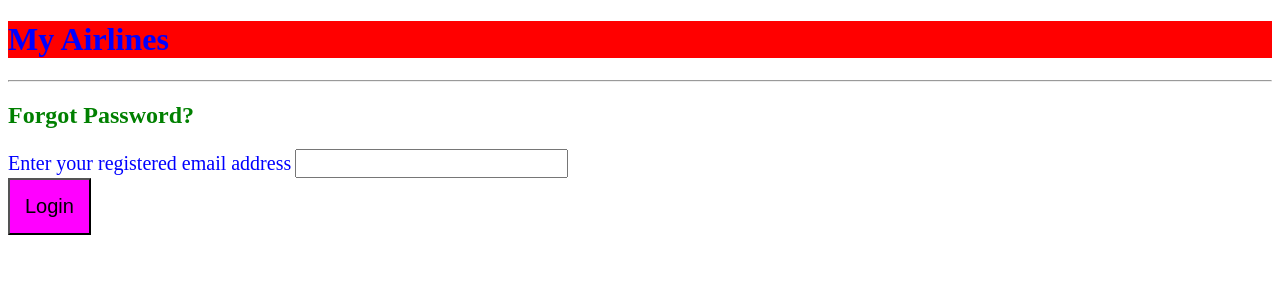
Repository: vishhaldawane/DS_WEB23
Page: MyWebProject/public/ForgotPassword.html
The author's editor kept a copy of each file at every save. The page is drawn from the files as they stood at one save, then again after the next save.
The browser window is 1280 px wide. The pictures show the whole page.

Above is the page before, as saved 2023-07-31 09:05:31.

After the next save:
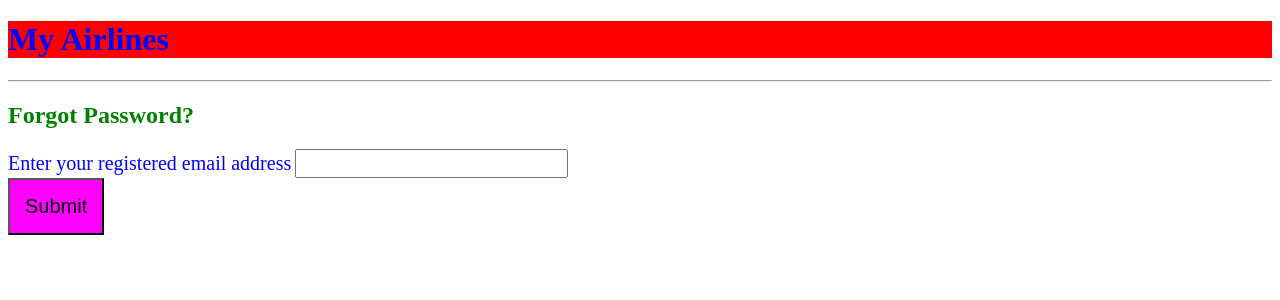
Saved 58 s later.
--- a/MyWebProject/public/ForgotPassword.html
+++ b/MyWebProject/public/ForgotPassword.html
@@ -17,7 +17,7 @@
 			<label>Enter your registered email address</label> <input  type=text     name="uemail"><br>
 
 
-			<button type="submit">Login</button>
+			<button type="submit">Submit</button>
 		</form>
 	</body>
 
